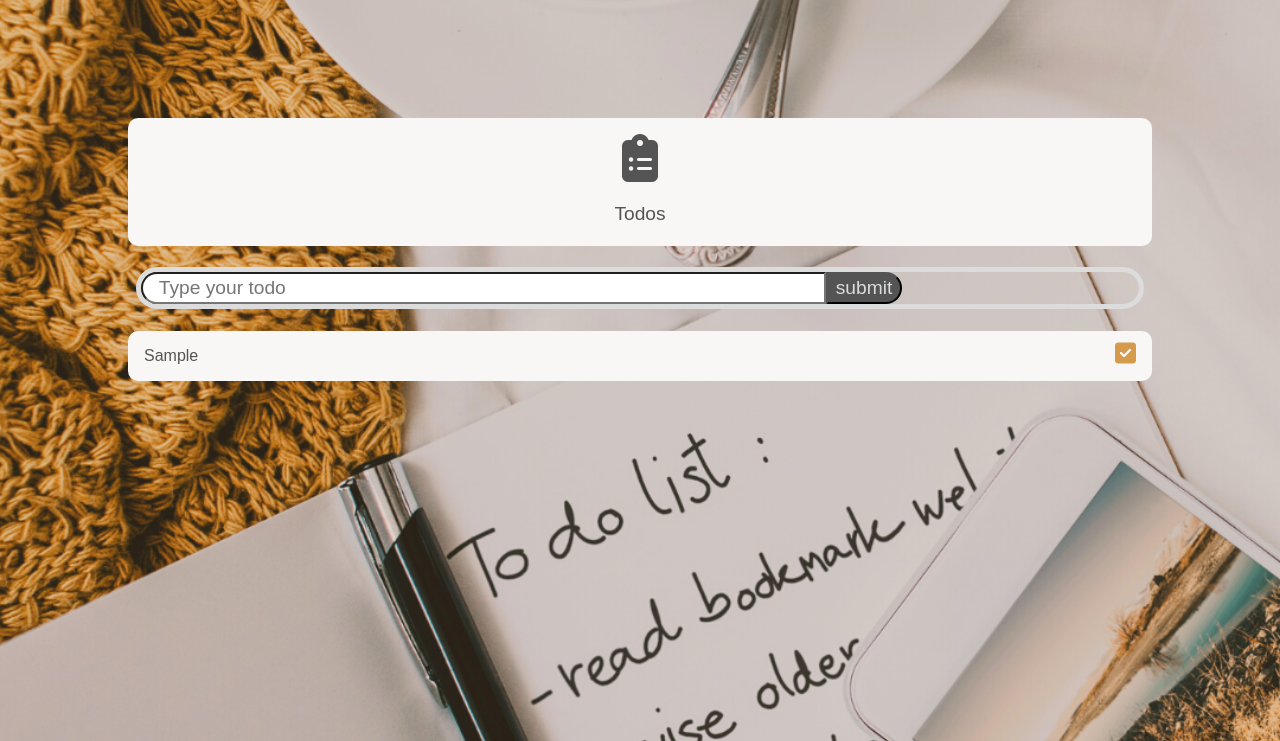
Repository: ShindanoSingi/My-Channel-Videos
Page: index.html
These files come from the project's save history. The page is drawn as it stood at one moment and after the next save; the edit follows.
The browser window is 1280 px wide. The pictures show the whole page.
Empty fields were first filled with sample values (such as "Sample", 5 or name@example.com).
After loading, the first visible `#submit-button` was clicked once.

Above is the page before, as saved 2023-07-18 01:17:30.

### index.html
<!DOCTYPE html>
<html lang="en">
<head>
    <link rel='stylesheet' href='https://cdnjs.cloudflare.com/ajax/libs/font-awesome/4.7.0/css/font-awesome.min.css'>
    <meta charset="UTF-8">
    <meta name="viewport" content="width=device-width, initial-scale=1.0">
    <link rel="stylesheet" href="https://cdnjs.cloudflare.com/ajax/libs/font-awesome/6.2.0/css/all.min.css" integrity="sha512-xh6O/CkQoPOWDdYTDqeRdPCVd1SpvCA9XXcUnZS2FmJNp1coAFzvtCN9BmamE+4aHK8yyUHUSCcJHgXloTyT2A==" crossorigin="anonymous" referrerpolicy="no-referrer" />
    <Link rel="stylesheet" href="style.css">
    <title>Todo App</title>
</head>
<body>
    <div class="container">
        <div class="top-div">
            <i class="todo-icon fa-solid fa-clipboard-list"></i>
            <span>Todos</span>
        </div>

        <div class="input-button-container">
            <input class="input-field" id="input-field" type="text" placeholder="Type your todo">
            <input type="submit" value="submit" class="submit-button" id="submit-button">
        </div>
        <div class="div-checkbox-containers-parent" id="div-checkbox-containers-parent">
            </div>
        </div>
    </div>
    <script src="index.js"></script>
</body>
</html>

### style.css
:root{
    --gray-color: #545454;
    --background-color: #F8F7F6;
    --general-font: 1.2rem;
    --light-blue:#1E90FF;
    --light-gray:#DCDCDC;
    --border-radius: 10px;
    --input-border-radius: 50px;
    --padding-x: 0.5rem;
    --padding-y: 0.2rem;
    --screen: 100vw;
    --orange: #D59A4C;
}

body{
    color: var(--gray-color);
    font-family: 'Montserrat', sans-serif;
    font-size: var(--general-font);
    background-image: url(images/Background.png);
    background-size: cover;
    background-repeat: no-repeat;
    background-position: center;
    width: fit-content;
    box-sizing: 0;
    margin: 0;
    padding: 0;
}

.todo-icon{
    font-size: 3rem;
}

.top-div{
    width: 80%;
    background: var(--background-color);
    display: grid;
    justify-items: center;
    height: 6rem;
    gap: 1rem;
    border-radius: var(--border-radius);
    padding: 1rem 0;
    margin-bottom: 1.3rem;
    margin-top: -17rem;
}

/* Input field */
input, .submit-button{
    font-size: var(--general-font);
}

.input-field{
    width: 65%;
    display: inline-block;
    border-radius: var(--input-border-radius) 0 0 var(--input-border-radius);
    padding: 0.2rem 1rem;
}

.check-mark{
    /* z-index: 1; */
}

input:focus{
    outline: none;
    background-color: var(--light-gray);
}

.submit-button{
    color: var(--light-gray);
    padding: 0 0.4rem;
    display: inline-block;
    background-color: var(--gray-color);

    color: var(--light-gray);
    border-radius: 0 var(--input-border-radius) var(--input-border-radius) 0;
    padding: var(--padding-y) var(--padding-x);
}

.submit-button:hover{
    background-color: var(--orange);
}

.input-button-container{
    width: 78%;
    display: flex;
    align-items: center;
    border: 5px solid var(--light-gray);
    border-radius: var(--input-border-radius) var(--input-border-radius);
    margin-top: 2rem;
    margin: 0 auto;
    margin-bottom: 1.3rem;
    /* display: none; */
}

div.text{
    font-size: 1rem;
    width: 70%;
    overflow: scroll;
    padding: 1rem;
}

.checkbox{
    height: 1rem;
    width: 1rem;
    border: 2px solid var(--orange);
    border-radius: 5px;
    transform: scale(1.2);
    display: none;
}

.check-mark{
    font-size: x-large;
    transform: scale(1.6);
    color: var(--orange);
    transform: translate(-1rem, -0.2rem);
}

.checkbox-icon{
    display: flex;
}

.div-checkbox-container{
    width: 100%;
    height: auto;
    display: flex;
    justify-content: space-between;
    align-items: center;
    background-color: var(--background-color);
    border-radius: var(--border-radius);
}

.div-checkbox-containers-parent{
    display: flex;
    flex-direction: column;
    align-items: center;
    gap: 1.5rem;
    padding: 0 2rem;
    width: 80%;
    max-height: 55vh;
    overflow-y: scroll;
    position: absolute;
    top: 46%;
}

.container{
    height: 100vh;
    width: 100vw;
    display: flex;
    flex-direction: column;
    align-items: center;
    justify-content: center;
    padding-bottom: 1.3rem;
}

### index.js
let button = document.getElementById("submit-button");
button.addEventListener("click", function () {

    let newDiv1 = document.getElementById("div-checkbox-containers-parent");

    let inputValue = document.getElementById("input-field");

    let newDiv2 = document.createElement("div");
    newDiv2.setAttribute('class', "div-checkbox-container");
    newDiv2.setAttribute("id", "div-checkbox-container");

    let newDiv3 = document.createElement("div");
    newDiv3.setAttribute("class", "text");
    newDiv3.setAttribute("id", "text");
    newDiv3.textContent = inputValue.value;

    let newDiv4 = document.createElement("div");
    newDiv4.setAttribute("class", "checkbox-icon");
    newDiv4.setAttribute("id", "checkbox-icon");

    let input = document.createElement("div");
    input.setAttribute("class", "checkbox");
    input.setAttribute("id", "checkbox");

    let i = document.createElement("i");
    i.setAttribute("class", 'check-mark fa fa-check-square-o');
    i.setAttribute('id','check-mark');

    newDiv4.appendChild(input);
    newDiv4.appendChild(i);

    newDiv2.appendChild(newDiv3);
    newDiv2.appendChild(newDiv4);

    console.log(newDiv1)
    if (!inputValue.value) {
        alert("Please enter the text!")
        return
    }

    newDiv1.appendChild(newDiv2);

    newDiv1.scrollTop = newDiv1.scrollHeight;

    inputValue.value = ''
});

// const showCheckMark = () => {
//     let checkMark = document.getElementById('check-mark');
//     checkMark.style.zIndex = 1;
//     console.log("Lol")
// }

// let checkBoxIcon = document.getElementById('checkbox-icon');
// checkBoxIcon.addEventListener('click', (event) => {
//     showCheckMark()
// })

After the next save:
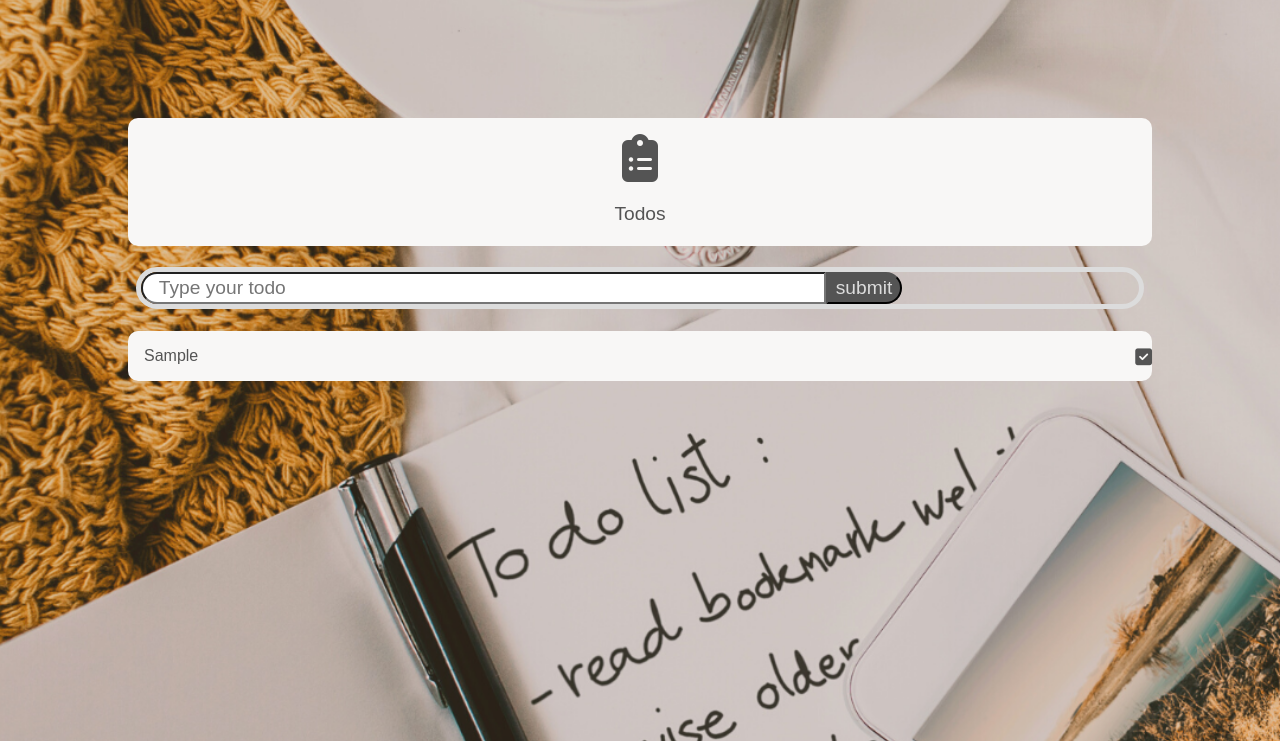
Saved 2 min 8 s later.
--- a/index.js
+++ b/index.js
@@ -23,7 +23,7 @@
     input.setAttribute("id", "checkbox");
 
     let i = document.createElement("i");
-    i.setAttribute("class", 'check-mark fa fa-check-square-o');
+    i.setAttribute("class", 'fa fa-check-square-o');
     i.setAttribute('id','check-mark');
 
     newDiv4.appendChild(input);

After the save that followed:
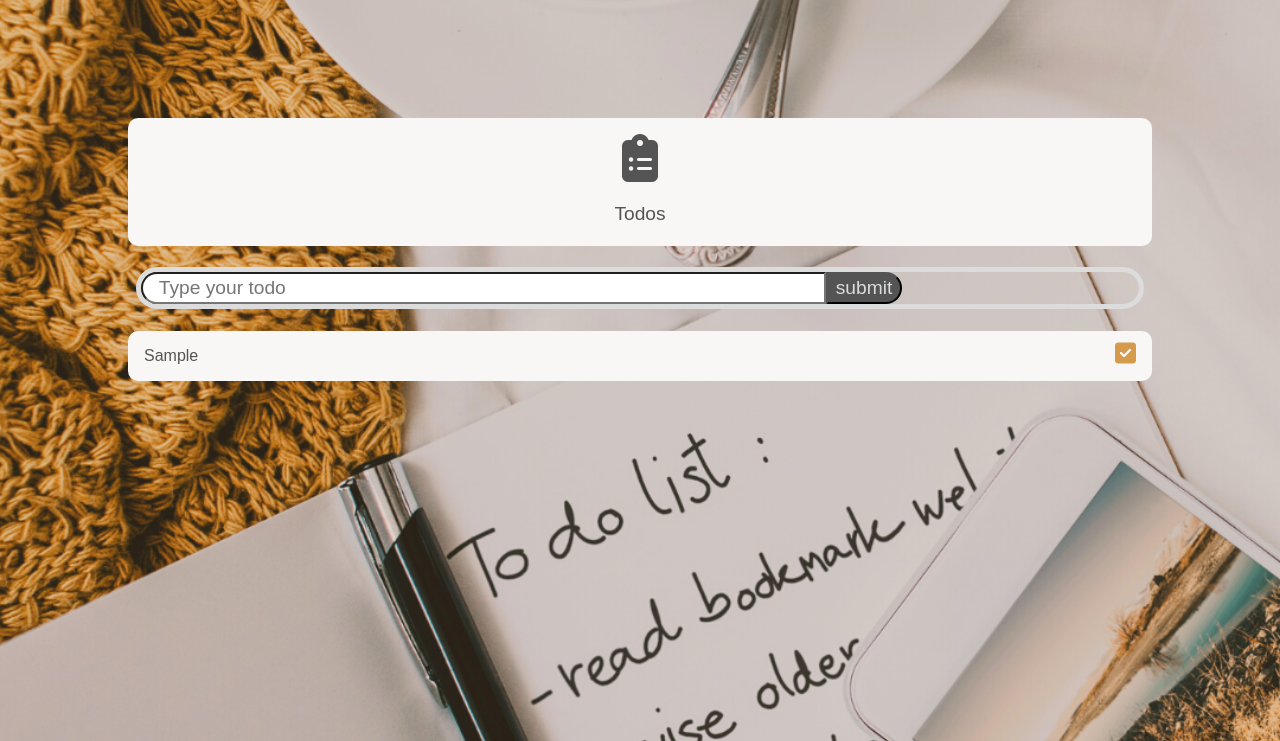
Saved 26 s later.
--- a/index.js
+++ b/index.js
@@ -23,7 +23,7 @@
     input.setAttribute("id", "checkbox");
 
     let i = document.createElement("i");
-    i.setAttribute("class", 'fa fa-check-square-o');
+    i.setAttribute("class", 'check-mark fa fa-check-square-o');
     i.setAttribute('id','check-mark');
 
     newDiv4.appendChild(input);
